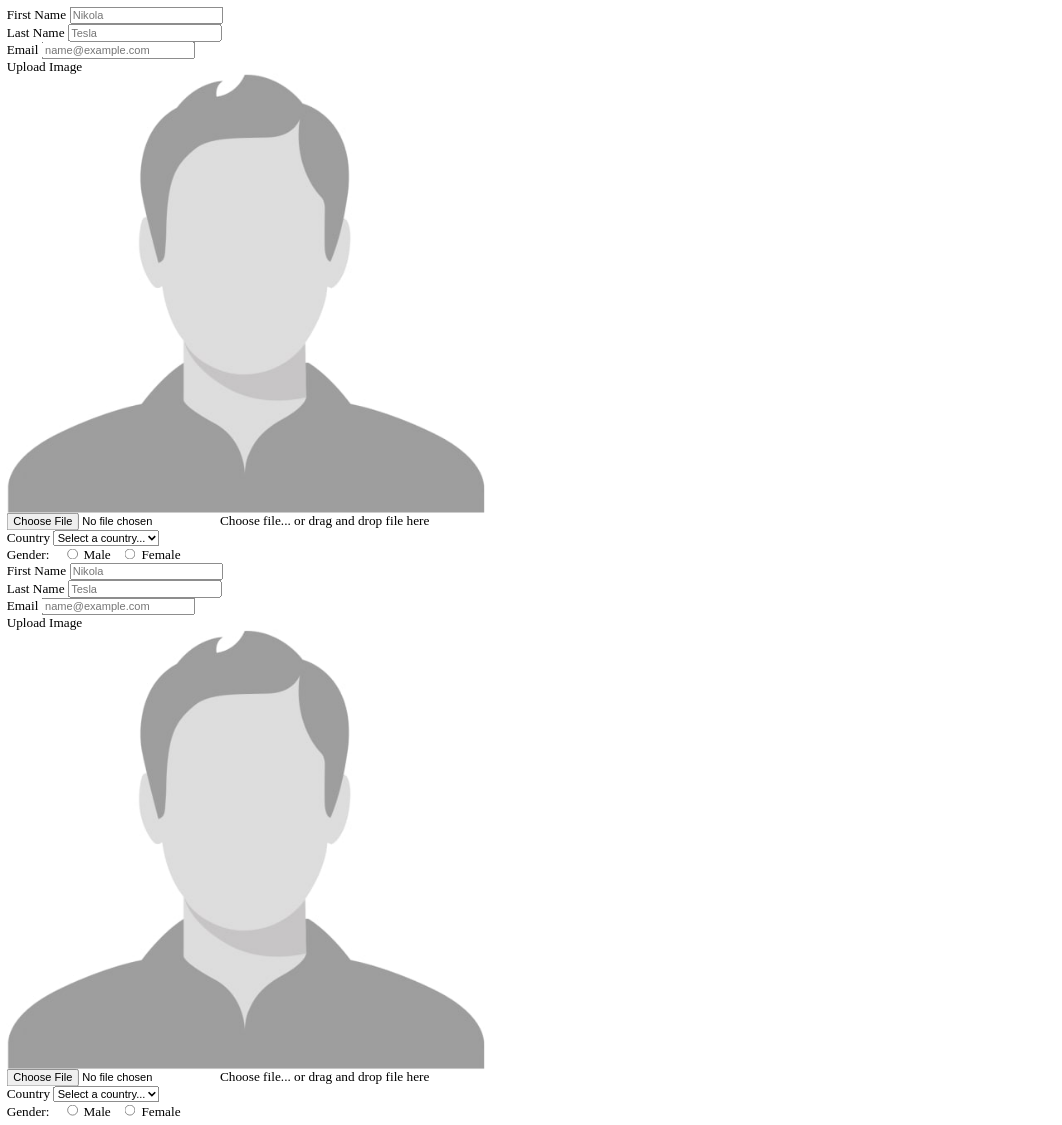
Repository: Rot72/PDO-AJAX
Page: http://localhost/fields.php
These files come from the project's save history. The page is drawn as it stood at one moment and after the next save; the edit follows.
The browser window is 1280 px wide. The pictures show the whole page, at 83% of full size.
The page is run by PHP 8.4 with error messages shown; the project is at /var/www/html/.

Above is the page before, as saved 2024-07-17 20:19:45.

After the next save:
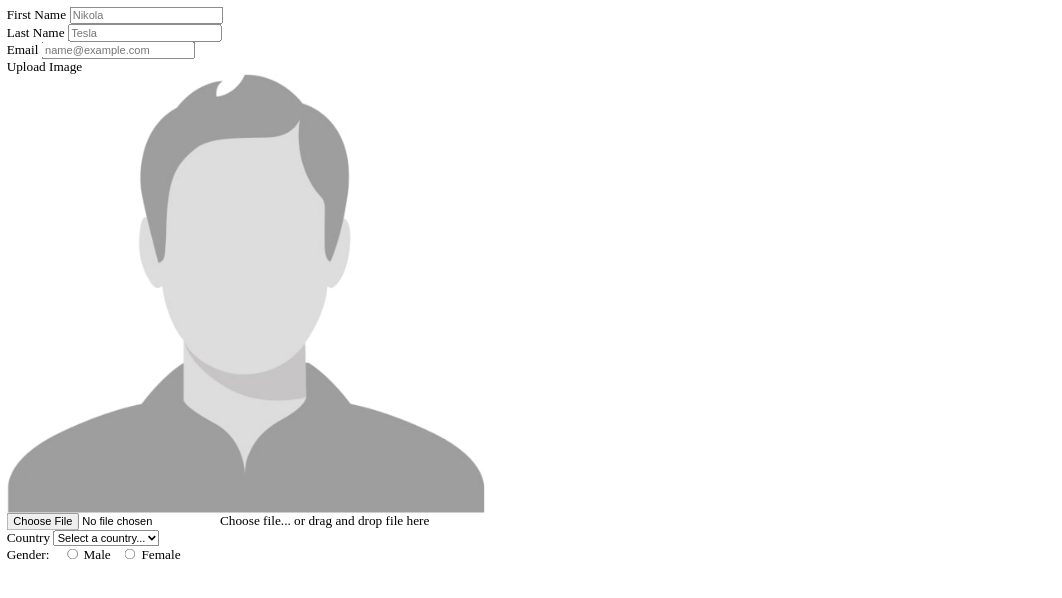
Saved 12 s later.
--- a/fields.php
+++ b/fields.php
@@ -1,45 +1,3 @@
-<div class="row mb-3">
-    <div class="col">
-        <label class="form-label">First Name</label>
-        <input type="text" class="form-control" name="first_name" placeholder="Nikola">
-    </div>
-    <div class="col">
-        <label class="form-label">Last Name</label>
-        <input type="text" class="form-control" name="last_name" placeholder="Tesla">
-    </div>
-</div>
-<div class="mb-3">
-    <label class="form-label">Email</label>
-    <input type="email" class="form-control" name="email" placeholder="name@example.com">
-</div>
-<div class="row mb-3">
-    <label class="form-label">Upload Image</label>
-    <div class="col-2">
-        <img class="preview_img" src="images/default_profile.jpg">
-    </div>
-    <div class="col-10">
-        <div class="file-upload text-secondary">
-            <input type="file" class="image" name="image" accept="image/*">
-            <span class="fs-4 fw-2">Choose file...</span>
-            <span>or drag and drop file here</span>
-        </div>
-    </div>
-</div>
-<div class="mb-3">
-    <label class="form-label">Country</label>
-    <select name="country" class="form-control country-select">
-        <option value="">Select a country...</option>
-    </select>
-</div>
-<div class="form-group mb-3">
-    <label class="form-label">Gender:</label>
-    &nbsp;&nbsp;
-    <input type="radio" class="form-check-input" name="gender" value="male">
-    <label class="form-input-label">Male</label>
-    &nbsp;
-    <input type="radio" class="form-check-input" name="gender" value="female">
-    <label class="form-input-label">Female</label>
-</div>
 <div class="row mb-3">
     <div class="col">
         <label class="form-label">First Name</label>
